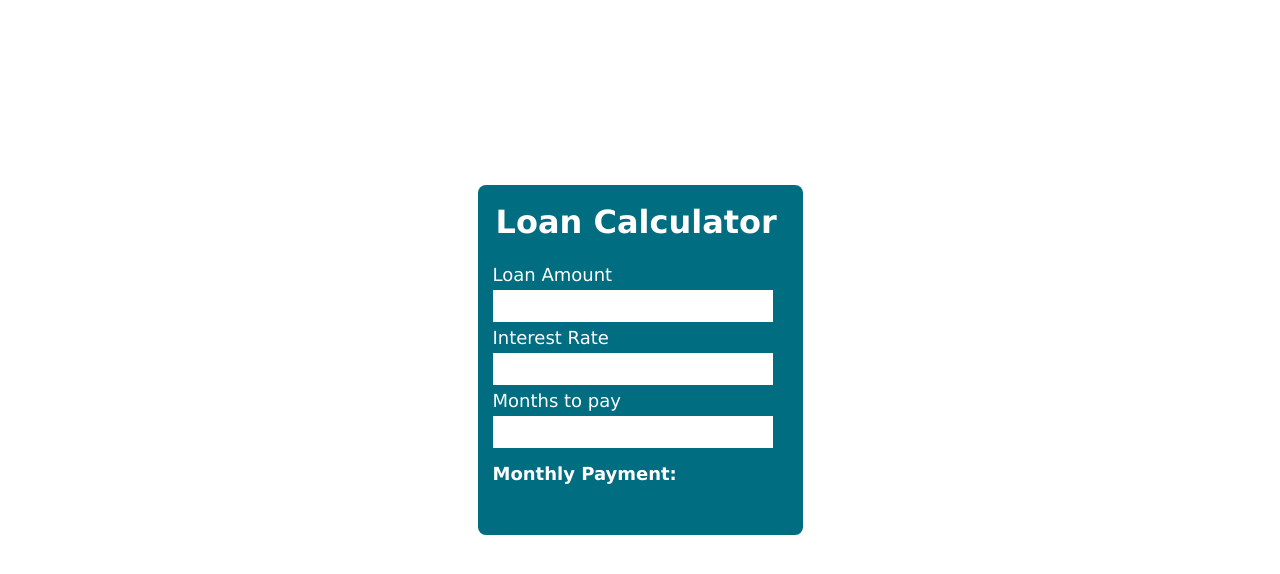
Repository: Ankitkr2021/Loan-Calculator
Page: index.html
These files come from the project's save history. The page is drawn as it stood at one moment and after the next save; the edit follows.
The browser window is 1280 px wide. The pictures show the whole page.

Above is the page before, as saved 2025-10-28 08:57:11.

### index.html
<!DOCTYPE html>
<html lang="en">
<head>
    <meta charset="UTF-8">
    <meta name="viewport" content="width=device-width, initial-scale=1.0">
    <title>Loan Calculator</title>
    <link rel="stylesheet" href="./style.css">
</head>
<body>
    <div class="box">
        <h1>Loan Calculator</h1>
        <span>Loan Amount</span>
        <input type="number">
        <span>Interest Rate</span>
        <input type="number">
        <span>Months to pay</span>
        <input type="number">
        <h4>Monthly Payment:<span></span></h4>
    </div>
</body>
</html>

### style.css
*{
    margin: 0;
    padding: 0;
    box-sizing: border-box;
    font-family:'Lucida Sans', 'Lucida Sans Regular', 'Lucida Grande', 'Lucida Sans Unicode', Geneva, Verdana, sans-serif;
}

body{
    display: flex;
    align-items: center;
    justify-content: center;
    height: 100vh;
    width: 100%;
}

.box{
    display: flex;
    flex-direction: column;
    background: rgb(0, 109, 128);
    color: #fff;
    height: 350px;
    width: 325px;
    border-radius: 8px;
}

h1{
    padding: 18px;
}

span {
   font-size: 18px;
   margin-left: 15px;
    margin-bottom: 5px;
    margin-top: 5px;
}

input{
    width: 280px;
    height: 25px;
    margin-left: 15px;
    padding: 16px;
    border: none;
    outline: none;
    font-size: 16px;
    font-weight: 400;
}

h4{
    font-size: 18px;
   margin-left: 15px;
    margin-bottom: 5px;
    margin-top: 15px;
}

After the next save:
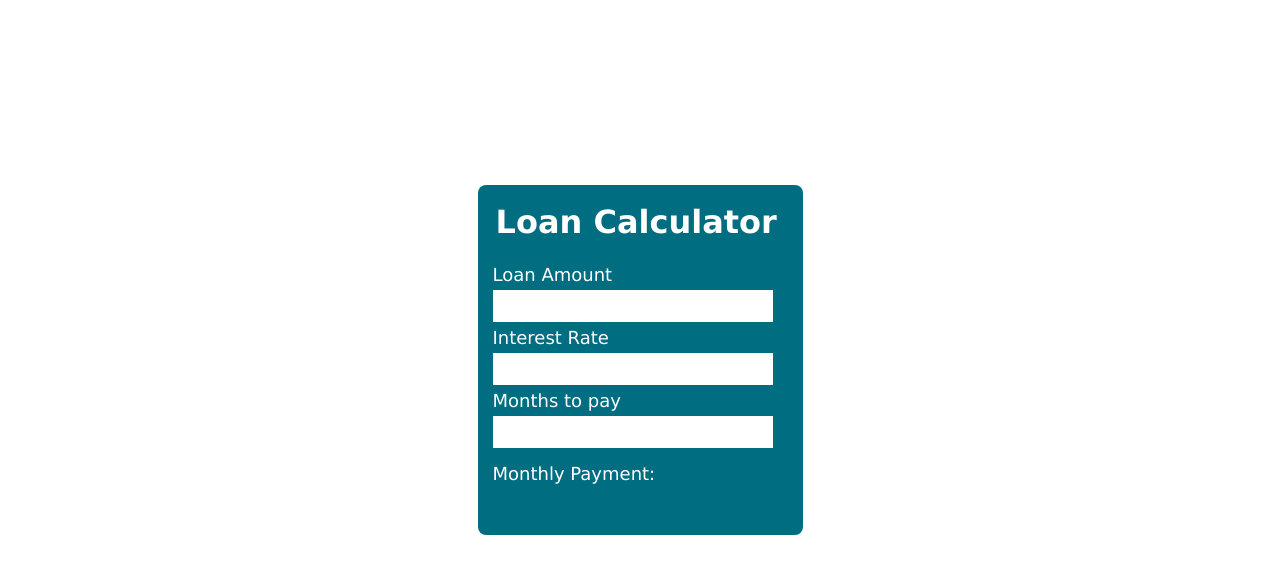
Saved 10 s later.
--- a/style.css
+++ b/style.css
@@ -50,4 +50,5 @@ h4{
    margin-left: 15px;
     margin-bottom: 5px;
     margin-top: 15px;
+    font-weight: 400;
 }
